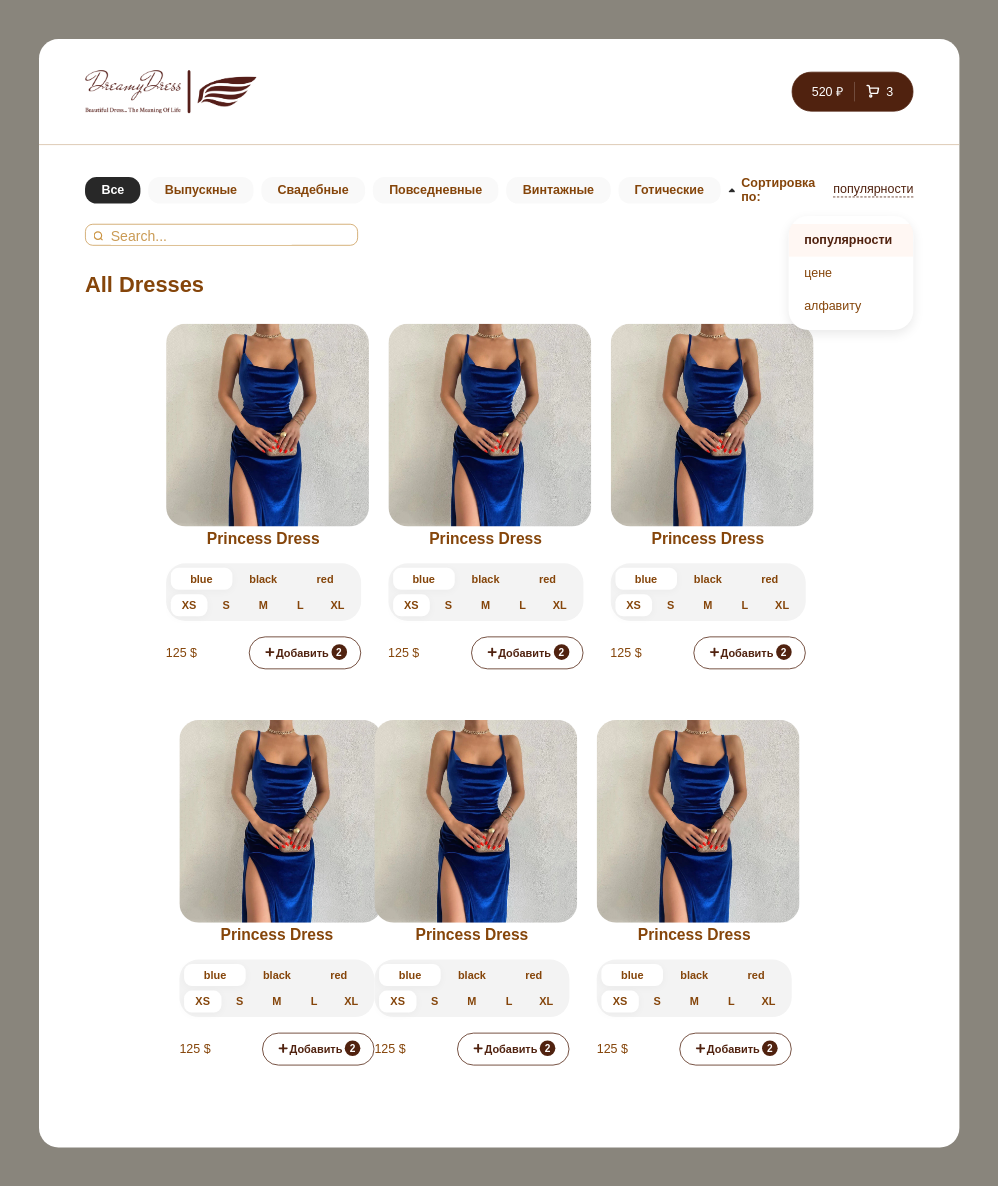
Repository: DisasterWoman/SPA-shop
Page: /
These files come from the project's save history. The page is drawn as it stood at one moment and after the next save; the edit follows.
The browser window is 1280 px wide. The pictures show the whole page, at 78% of full size.
Some web fonts or font styles are not loaded; a fallback is used. The project was rebuilt for these pictures with package versions that can differ from the ones it lists, and the page was loaded fresh each time.

Above is the page before, as saved 2022-11-29 18:19:08.

### src/App.js
import './scss/app.scss';
import Categories from './components/Categories/Categories';
import DressBlock from './components/DressBlock/DressBlock';
import Header from './components/Header/Header';
import Sort from './components/Sort/Sort';
import SearchBar from './components/SearchBar/SearchBar';

function App() {
  return (
    <div className="wrapper">
      <Header />
      <div className="content">
        <div className="container">
          <div className="content__top">
            <Categories />
            <Sort />
          </div>
          <SearchBar />
          <h2 className="content__title">All Dresses</h2>
          <div className="content__items">
            <DressBlock />
            <DressBlock />
            <DressBlock />
            <DressBlock />
            <DressBlock />
            <DressBlock />
          </div>
        </div>
      </div>
    </div>
  );
}

export default App;

### src/scss/app.scss
@import 'variables.scss';
@import './libs/normalize.scss';
@import './all';

body {
  background-color: $background;
}

.wrapper {
  width: calc(100vw - 100px);
  height: 100%;
  background-color: #fff;
  margin: 50px auto;
  border-radius: 25px;
  max-width: 1400px;
}

.content {
  padding: 40px 0;

  &__title {
    margin: 35px 0;
  }

  &__items {
    display: flex;
    flex-wrap: wrap;
    justify-content: center;
  }

  &__top {
    display: flex;
    align-items: center;
    justify-content: space-between;
  }
}

.container {
  width: $container-width;
  margin: 0 auto;

  &--cart {
    max-width: 820px;
    margin: 90px auto;
    .content__title {
      margin: 0;
    }
  }
}

.cart {
  &__top {
    display: flex;
    justify-content: space-between;
    align-items: center;
  }

  .content__title {
    display: flex;
    align-items: center;
    font-size: 32px;

    svg {
      position: relative;
      top: -2px;
      width: 30px;
      height: 30px;
      margin-right: 10px;
      path {
        stroke: $black;
        strokewidth: 1.9;
      }
    }
  }

  &__clear {
    display: flex;
    align-items: center;
    cursor: pointer;
    @include noselect();

    span {
      display: inline-block;
      margin-left: 7px;
      color: #b6b6b6;
      font-size: 18px;
    }

    span,
    svg,
    path {
      transition: all $duration ease-in-out;
    }

    &:hover {
      svg {
        path {
          stroke: darken($color: #b6b6b6, $amount: 50);
        }
      }
      span {
        color: darken($color: #b6b6b6, $amount: 50);
      }
    }
  }

  &__item {
    display: flex;
    width: 100%;
    border-top: 1px solid $gray-line;
    padding-top: 30px;
    margin-top: 30px;

    &-img {
      display: flex;
      align-items: center;
      margin-right: 15px;
      width: 10%;

      img {
        width: 80px;
        height: 80px;
      }
    }

    &-info {
      display: flex;
      flex-direction: column;
      justify-content: center;
      width: 40%;

      h3 {
        font-weight: bold;
        font-size: 22px;
        line-height: 27px;
        letter-spacing: 0.01em;
      }

      p {
        font-size: 18px;
        color: #8d8d8d;
      }
    }

    &-count {
      display: flex;
      align-items: center;
      justify-content: space-between;
      width: 13%;

      &-minus {
        svg {
          path:first-of-type {
            display: none;
          }
        }
      }

      b {
        font-size: 22px;
      }
    }

    &-price {
      display: flex;
      align-items: center;
      justify-content: center;
      width: 33%;

      b {
        font-weight: bold;
        font-size: 22px;
        letter-spacing: 0.01em;
      }
    }

    &-remove {
      display: flex;
      align-items: center;
      justify-content: flex-end;
      width: 4%;

      .button {
        border-color: darken($color: $gray-line, $amount: 10);
      }

      svg {
        transform: rotate(45deg);

        path {
          fill: darken($color: $gray-line, $amount: 15);
        }
      }

      .button {
        svg {
          width: 11.5px;
          height: 11.5px;
          position: relative;
        }
        &:hover,
        &:active {
          border-color: darken($color: $gray-line, $amount: 80);
          background-color: darken($color: $gray-line, $amount: 80);
        }
      }
    }
  }

  &__bottom {
    margin: 50px 0;

    &-details {
      display: flex;
      justify-content: space-between;

      span {
        font-size: 22px;

        &:last-of-type {
          b {
            color: $brown;
          }
        }
      }
    }

    &-buttons {
      display: flex;
      justify-content: space-between;
      margin-top: 40px;

      .go-back-btn {
        display: flex;
        align-items: center;
        justify-content: center;
        width: 210px;

        border-color: darken($color: $gray-line, $amount: 10);

        span {
          color: darken($color: $gray-line, $amount: 20);
          font-weight: 500;
          font-weight: 600;
        }

        &:hover {
          background-color: darken($color: $gray-line, $amount: 90);
          border-color: darken($color: $gray-line, $amount: 90);

          span {
            color: $gray-line;
          }
        }

        svg {
          margin-right: 12px;
          path {
            fill: transparent;
            strokewidth: 2;
          }
        }
      }

      .pay-btn {
        font-size: 16px;
        font-weight: 600;
        width: 210px;
        padding: 16px;
      }
    }
  }

  &--empty {
    margin: 0 auto;
    width: 560px;
    text-align: center;

    h2 {
      font-size: 32px;
      margin-bottom: 10px;
    }

    p {
      font-size: 18px;
      line-height: 145.4%;
      letter-spacing: 0.01em;
      color: #777777;
    }

    icon {
      position: relative;
      top: 2px;
    }

    img {
      display: block;
      width: 300px;
      margin: 45px auto 60px;
    }

    .button--black {
      padding: 12px 0 14px;
      width: 230px;
      margin: 0 auto;
      font-weight: 600;
      font-size: 18px;
    }
  }
}

### src/components/Categories/Categories.jsx
import React from 'react';

function Categories() {
  return (
    <div className="categories">
      <ul>
        <li className="active">Все</li>
        <li>Выпускные</li>
        <li>Свадебные</li>
        <li>Повседневные</li>
        <li>Винтажные</li>
        <li>Готические</li>
      </ul>
    </div>
  );
}

export default Categories;

### src/components/DressBlock/DressBlock.jsx
import React from 'react';
import { Button } from '../Button/Button';
import './_dress-block.scss';

function DressBlock() {
  return (
    <div className="dress-block">
      <img className="dress-block__image" src="/images/dresses/dress0-blue.webp" alt="Dress" />
      <h4 className="dress-block__title">Princess Dress</h4>
      <div className="dress-block__selector">
        <ul>
          <li className="active">blue</li>
          <li>black</li>
          <li>red</li>
        </ul>
        <ul>
          <li className="active">XS</li>
          <li>S</li>
          <li>M</li>
          <li>L</li>
          <li>XL</li>
        </ul>
      </div>
      <div className="dress-block__bottom">
        <div className="dress-blockk__price">125 $</div>
        <Button/>
      </div>
    </div>
  );
}

export default DressBlock;

### src/components/Header/Header.jsx
import React from 'react';
import './_header.scss';
function Header() {
  return (
    <div className="header">
      <div className="container">
        <div className="header__logo">
          <img width="220" src="/dreamy-dress.png" alt="logo" />
          <div></div>
        </div>
        <div className="header__cart">
          <a href="/cart.html" className="button button--cart">
            <span>520 ₽</span>
            <div className="button__delimiter"></div>
            <svg
              width="18"
              height="18"
              viewBox="0 0 18 18"
              fill="none"
              xmlns="http://www.w3.org/2000/svg"
            >
              <path
                d="M6.33333 16.3333C7.06971 16.3333 7.66667 15.7364 7.66667 15C7.66667 14.2636 7.06971 13.6667 6.33333 13.6667C5.59695 13.6667 5 14.2636 5 15C5 15.7364 5.59695 16.3333 6.33333 16.3333Z"
                stroke="white"
                strokeWidth="1.8"
                strokeLinecap="round"
                strokeLinejoin="round"
              />
              <path stroke="white" strokeWidth="1.8" strokeLinecap="round" strokeLinejoin="round" />
              <path
                d="M4.78002 4.99999H16.3334L15.2134 10.5933C15.1524 10.9003 14.9854 11.176 14.7417 11.3722C14.4979 11.5684 14.1929 11.6727 13.88 11.6667H6.83335C6.50781 11.6694 6.1925 11.553 5.94689 11.3393C5.70128 11.1256 5.54233 10.8295 5.50002 10.5067L4.48669 2.82666C4.44466 2.50615 4.28764 2.21182 4.04482 1.99844C3.80201 1.78505 3.48994 1.66715 3.16669 1.66666H1.66669"
                stroke="white"
                strokeWidth="1.8"
                strokeLinecap="round"
                strokeLinejoin="round"
              />
            </svg>
            <span>3</span>
          </a>
        </div>
      </div>
    </div>
  );
}

export default Header;

### src/components/Sort/Sort.jsx
import React from 'react';
import './_sort.scss';

function Sort() {
  return (
    <div className="sort">
      <div className="sort__label">
        <svg
          width="10"
          height="6"
          viewBox="0 0 10 6"
          fill="none"
          xmlns="http://www.w3.org/2000/svg"
        >
          <path
            d="M10 5C10 5.16927 9.93815 5.31576 9.81445 5.43945C9.69075 5.56315 9.54427 5.625 9.375 5.625H0.625C0.455729 5.625 0.309245 5.56315 0.185547 5.43945C0.061849 5.31576 0 5.16927 0 5C0 4.83073 0.061849 4.68424 0.185547 4.56055L4.56055 0.185547C4.68424 0.061849 4.83073 0 5 0C5.16927 0 5.31576 0.061849 5.43945 0.185547L9.81445 4.56055C9.93815 4.68424 10 4.83073 10 5Z"
            fill="#2C2C2C"
          />
        </svg>
        <b>Сортировка по:</b>
        <span>популярности</span>
      </div>
      <div className="sort__popup">
        <ul>
          <li className="active">популярности</li>
          <li>цене</li>
          <li>алфавиту</li>
        </ul>
      </div>
    </div>
  );
}

export default Sort;

### src/components/SearchBar/SearchBar.jsx
import React, {useState}  from 'react'
import './_searchBar.scss';
function SearchBar() {
  return (
    <div className="search-bar">
      <img
        className="search-bar__icon"
        alt="search"
        src="images/icons/search.svg"
        width={12}
        height={13}
      ></img>
      <input
        placeholder="Search..."
      ></input>
    </div>
  );
}

export default SearchBar

### src/scss/_variables.scss
$black: #85450a;
$background: #89857c;
$gray-line: #d5bda1;
$brown: #50220f;

$container-width: 90%;

$duration: 0.15s;

### src/scss/libs/_normalize.scss
@import url('https://fonts.googleapis.com/css2?family=Anek+Devanagari&display=swap');

*{
  padding: 0;
  margin: 0;
  list-style: none;
  outline: none;
  font-family: 'Anek Devanagari', sans-serif;
  box-sizing: border-box;
}

html {
  -ms-text-size-adjust: 100%;
  -webkit-text-size-adjust: 100%;
}

body {
  -moz-osx-font-smoothing: grayscale;
  -webkit-font-smoothing: antialiased;
  color: $black;
}

a,
span,
p,
b,
h1,
h2,
h3,
h4,
h5 {
  color: $black;
}

h1 {
  font-size: 48px;
}

h2 {
  font-weight: 600;
  font-size: 28px;
  line-height: 30px;
}

a {
  text-decoration: none;
}

@mixin noselect {
  -webkit-touch-callout: none; /* iOS Safari */
  -webkit-user-select: none; /* Safari */
  -khtml-user-select: none; /* Konqueror HTML */
  -moz-user-select: none; /* Old versions of Firefox */
  -ms-user-select: none; /* Internet Explorer/Edge */
  user-select: none; /* Non-prefixed version, currently
                                  supported by Chrome, Opera and Firefox */
}

### src/scss/_all.scss
@import '../components/Header/Header';
@import '../components/Button/button';
@import '../components/Categories/Categories';
@import '../components/Sort/Sort';
@import '../components/DressBlock/dress-block';

### src/components/Header/_header.scss
@import '../../../src/scss/variables';

.header {
  border-bottom: 1px solid $gray-line;
  padding: 40px 0;

  .container {
    display: flex;
    align-items: center;
    justify-content: space-between;
  }

  &__logo {
    display: flex;

    img {
      margin-right: 15px;
    }

    h1 {
      color: #181818;
      font-size: 24px;
      letter-spacing: 1%;
      text-transform: uppercase;
      font-weight: 800;
    }

    p {
      color: #7b7b7b;
    }
  }
}

### src/components/Button/_button.scss
@import '../../../src/scss/variables';

.button {
  display: inline-block;
  background-color: $brown;
  border-radius: 25px;
  padding: 10px 20px;
  min-width: 100px;
  text-align: center;
  cursor: pointer;
  transition: background-color $duration ease-in-out, border-color $duration ease-in-out;
  border: 1px solid transparent;

  &,
  span {
    color: #fff;
  }

  i,
  span,
  path,
  svg {
    transition: all $duration ease-in-out;
  }

  &:hover {
    background-color: darken($brown, 8%);
  }

  &:active {
    background-color: darken($brown, 12%);
    transform: translateY(1px);
  }

  &--circle {
    display: flex;
    align-items: center;
    justify-content: center;
    width: 30px;
    height: 30px;
    min-width: 30px;
    padding: 0;
    border-width: 2px;
  }

  &--black {
    background-color: $black;

    &:hover,
    &:active {
      background-color: lighten($color: $black, $amount: 10);
    }
  }

  &--outline {
    background-color: #fff;
    border-color: $brown;
    &,
    span {
      color: $brown;
    }

    svg {
      path {
        fill: $brown;
      }
    }

    &:hover {
      background-color: $brown;

      &,
      span {
        color: #fff;
      }

      svg {
        path {
          fill: #fff;
        }
      }
    }

    &:active {
      background-color: darken($brown, 8%);
    }
  }

  &__delimiter {
    width: 1px;
    height: 25px;
    background-color: rgba(255, 255, 255, 0.25);
    margin-left: 14px;
    margin-right: 14px;
  }

  &--add {
    svg {
      margin-right: 2px;
    }

    span {
      font-weight: 600;
      font-size: 14px;
    }

    &:hover {
      i {
        background-color: #fff;
        color: $brown;
      }
    }

    i {
      display: inline-block;
      border-radius: 30px;
      background-color: $brown;
      color: #fff;
      font-weight: 600;
      width: 20px;
      height: 20px;
      font-style: normal;
      font-size: 13px;
      line-height: 22px;
      position: relative;
      top: -1px;
      left: 3px;
    }
  }

  &--cart {
    display: flex;
    align-items: center;
    line-height: 23px;
    padding: 12px 25px;
    border-color: $brown;

    svg {
      margin-right: 8px;
      margin-bottom: 1px;
    }

    span {
      font-weight: 500;
      font-size: 16px;
    }
  }
}

### src/components/Categories/_categories.scss
@import '../../../src/scss/variables';

.categories {
  ul {
    display: flex;

    li {
      background-color: #f9f9f9;
      padding: 8px 21px;
      border-radius: 15px;
      margin-right: 10px;
      font-weight: bold;
      cursor: pointer;
      transition: background-color 0.1s ease-in-out;
      @include noselect();

      &:hover {
        background-color: darken(#f9f9f9, 2%);
      }

      &:active {
        background-color: darken(#f9f9f9, 5%);
      }

      &.active {
        background-color: #282828;
        color: #fff;
      }
    }
  }
}

### src/components/Sort/_sort.scss
@import '../../../src/scss/variables';

.sort {
  position: relative;
  &__label {
    display: flex;
    align-items: center;

    svg {
      margin-right: 8px;
    }

    b {
      margin-right: 8px;
    }

    span {
      color: $brown;
      border-bottom: 1px dashed $brown;
      cursor: pointer;
    }
  }

  &__popup {
    position: absolute;
    right: 0;
    margin-top: 15px;
    background: #ffffff;
    box-shadow: 0px 5px 15px rgba(0, 0, 0, 0.09);
    border-radius: 25px;
    overflow: hidden;
    padding: 10px 0;
    width: 160px;

    ul {
      overflow: hidden;
      li {
        padding: 12px 20px;
        cursor: pointer;

        &.active,
        &:hover {
          background: rgba(254, 95, 30, 0.05);
        }

        &.active {
          font-weight: bold;
          color: $brown;
        }
      }
    }
  }
}

### src/components/DressBlock/_dress-block.scss
@import '../../../src/scss/variables';

.dress-block {
  width: 250px;
  text-align: center;
  margin-bottom: 65px;

  &:not(:nth-of-type(4n)) {
    margin-right: 35px;
  }

  &__image {
    border-radius: 25px;
    width: 260px;
  }

  &__title {
    font-size: 20px;
    font-weight: 900;
    letter-spacing: 1%;
    margin-bottom: 20px;
  }

  &__selector {
    display: flex;
    background-color: #f3f3f3;
    border-radius: 25px;
    flex-direction: column;
    padding: 6px;

    ul {
      display: flex;
      flex: 1;

      &:first-of-type {
        margin-bottom: 6px;
      }

      li {
        padding: 6px;
        flex: 1;
        cursor: pointer;
        font-weight: 600;
        font-size: 14px;
        &.active {
          background: #ffffff;
          box-shadow: 0px 2px 11px rgba(0, 0, 0, 0.04);
          border-radius: 10px;
          cursor: auto;
        }
      }
    }
  }

  &__bottom {
    display: flex;
    align-items: center;
    justify-content: space-between;
    margin-top: 20px;
  }

  &__price {
    font-weight: bold;
    font-size: 22px;
    line-height: 27px;
    letter-spacing: 0.015em;
  }
}

### src/components/Button/Button.jsx
export const Button = () => {
    return (
      <div className="button button--outline button--add">
        <svg
          width="12"
          height="12"
          viewBox="0 0 12 12"
          fill="none"
          xmlns="http://www.w3.org/2000/svg"
        >
          <path
            d="M10.8 4.8H7.2V1.2C7.2 0.5373 6.6627 0 6 0C5.3373 0 4.8 0.5373 4.8 1.2V4.8H1.2C0.5373 4.8 0 5.3373 0 6C0 6.6627 0.5373 7.2 1.2 7.2H4.8V10.8C4.8 11.4627 5.3373 12 6 12C6.6627 12 7.2 11.4627 7.2 10.8V7.2H10.8C11.4627 7.2 12 6.6627 12 6C12 5.3373 11.4627 4.8 10.8 4.8Z"
            fill="white"
          />
        </svg>
        <span>Добавить</span>
        <i>2</i>
      </div>
    );
}

### src/components/SearchBar/_searchBar.scss
@import '../../../src/scss/variables';

.search-bar{
   width: 350px;
  margin-top: 25px;
  border: 1px solid #CA9B55;
  border-radius: 10px;
  padding: 0 10px;
  position: relative;
  &__icon{
    margin-right: 10px;
    margin-top: 8px;
  }
  input{
    font-size: 18px;
    outline-offset: 0;
    outline: none;
    border: none;
    color: #7e4e05;
  }
     ::placeholder {
      color: #CA9B55;
      opacity: 1;
    }

}

Loaded but not shown: public/index.html (common file); src/index.js (common file)

After the next save:
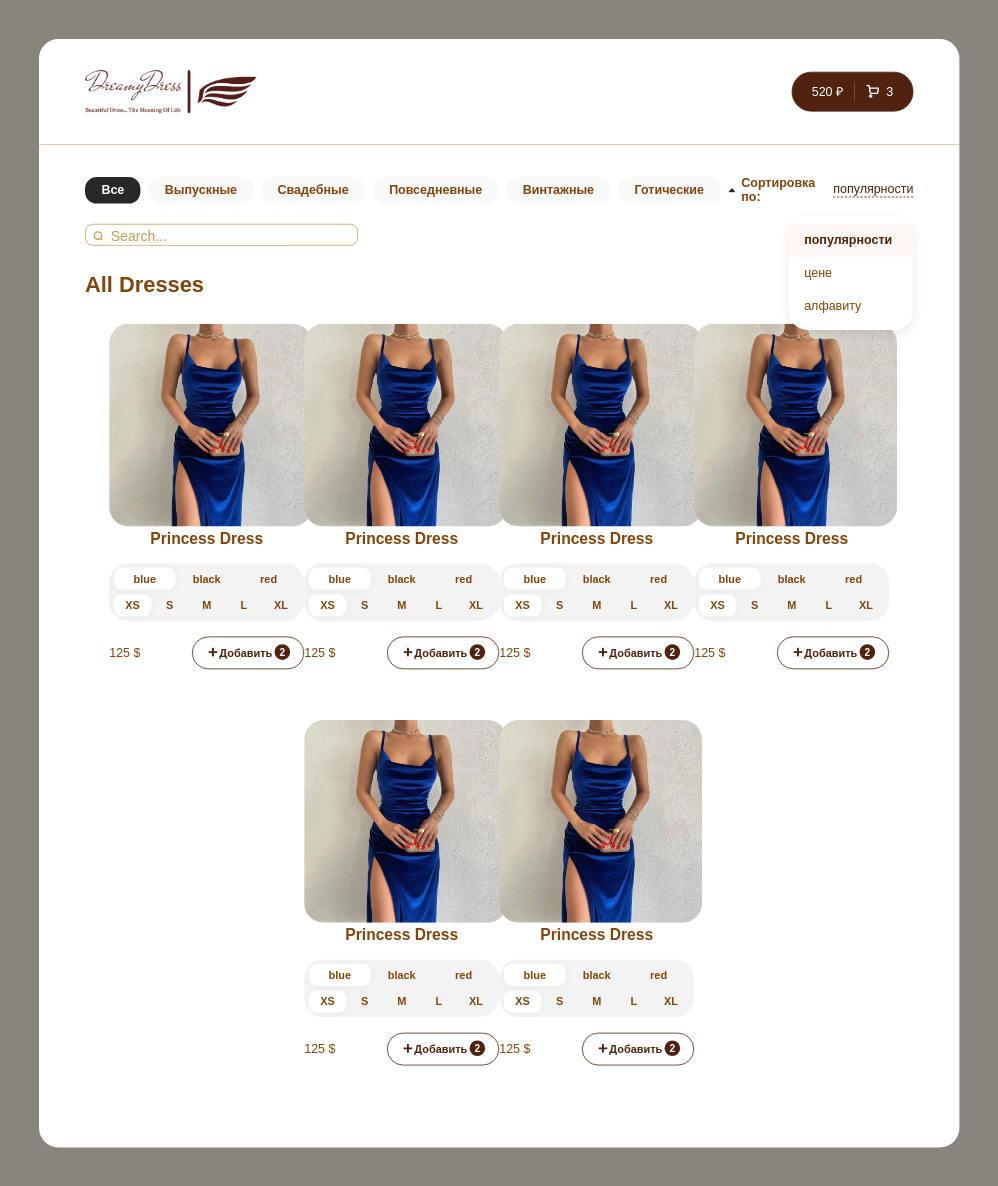
Saved 3 min 15 s later.
--- a/src/components/DressBlock/_dress-block.scss
+++ b/src/components/DressBlock/_dress-block.scss
@@ -5,9 +5,9 @@
   text-align: center;
   margin-bottom: 65px;
 
-  &:not(:nth-of-type(4n)) {
-    margin-right: 35px;
-  }
+  // &:not(:nth-of-type(4n)) {
+  //   margin-right: 35px;
+  // }
 
   &__image {
     border-radius: 25px;
